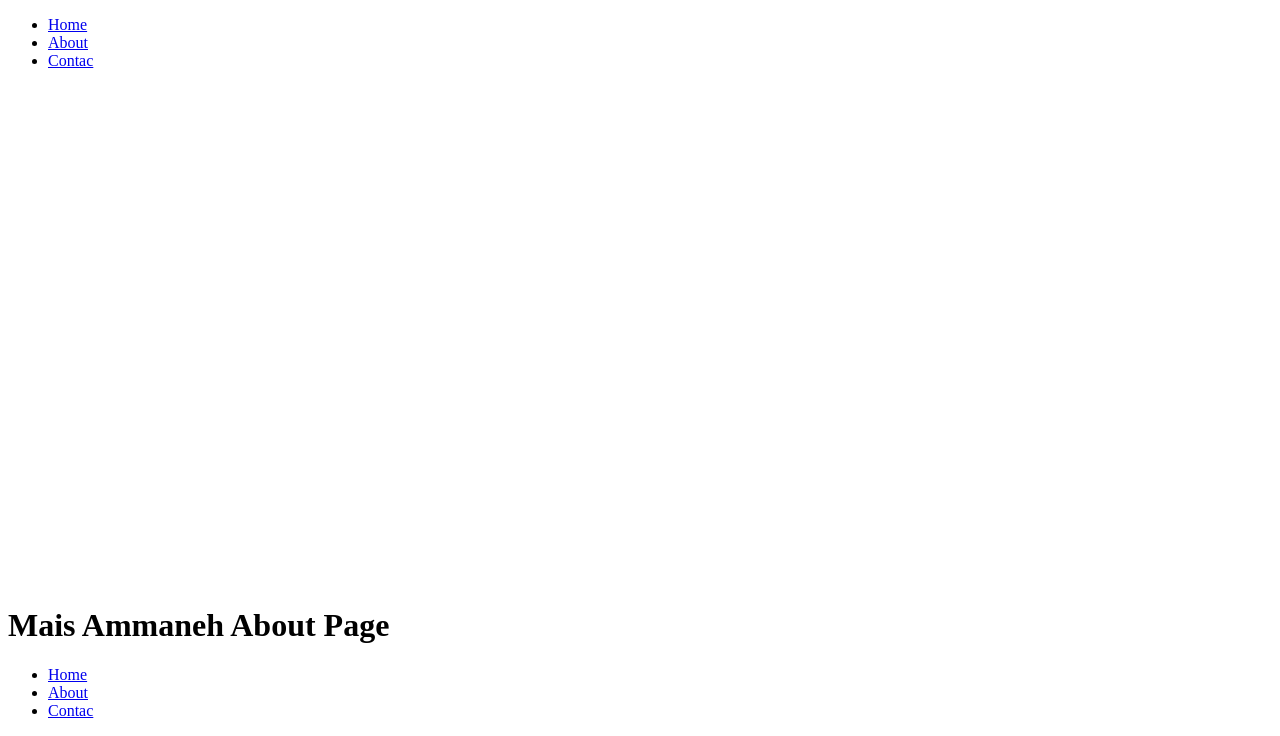
Repository: maisamn90/Flask-Practicals
Page: http://localhost/about
The author's editor kept a record of every edit. The page is drawn from the files as they stood at one moment, then again after the next edit.
The browser window is 1280 px wide. The pictures show the whole page.
The page is served by the project's application, run on Flask 3 (run.py).

Above is the page before.

After the next edit:
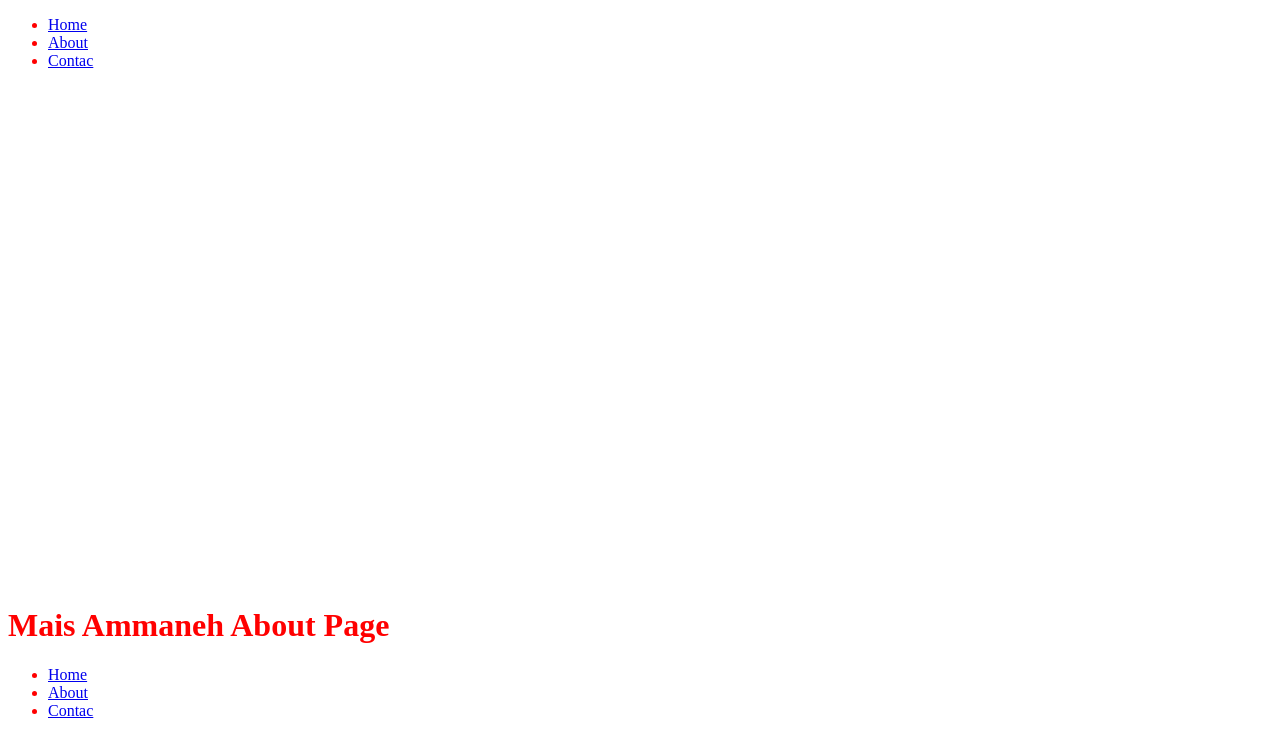
The edit:
--- a/static/css/main.css
+++ b/static/css/main.css
@@ -1,3 +1,6 @@
+body{
+    color:red;
+}
 .image_box {
     width:500px;
     height:500px;
